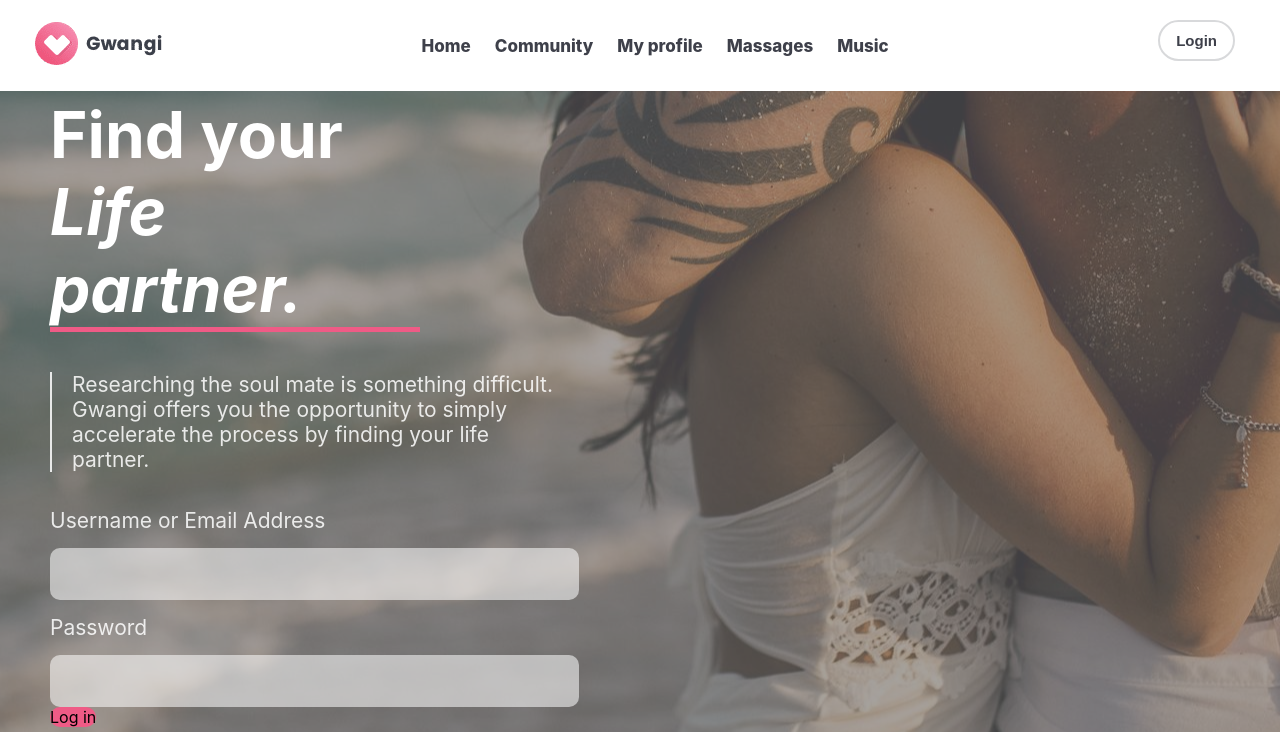
Repository: ShokunLiubov/Soc-Network-React
Page: /login
An editor plug-in stored every save of this project. The page is shown before and after the next save, followed by the edit.
The browser window is 1280 px wide. The pictures show the whole page.
The project was rebuilt for these pictures with package versions that can differ from the ones it lists, and the page was loaded fresh each time. Also part of the build but not shown: src/components/common/Paginator/Paginator.module.css, src/components/common/Paginator/Paginator.jsx, src/components/Community/Community.module.css, src/components/Community/Friend/Friend.jsx, src/components/Community/Community.jsx, src/components/common/Preloader/Preloader.jsx, src/components/Community/CommunityContainer.jsx, src/components/Dialogs/Dialogs.module.css and 14 more.

Above is the page before, as saved 2022-08-24 18:13:14.

After the next save:
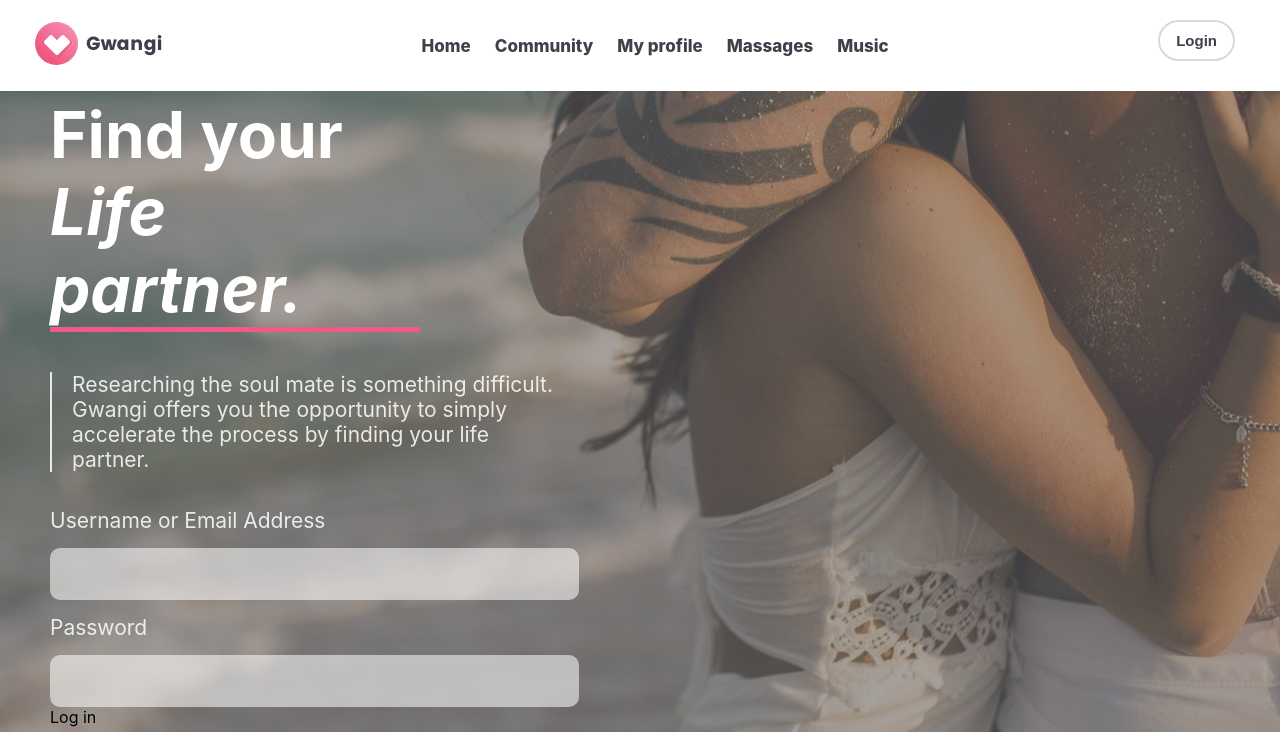
Saved 21 s later.
--- a/src/components/Auth/Registration/Registration.jsx
+++ b/src/components/Auth/Registration/Registration.jsx
@@ -17,7 +17,8 @@ const Registration = () => {
                         <label>Password</label>
                         <input type="password"/>
                     </div>
-                    <span className={styles.button}>Log in</span>
+                    <div className={styles.button}></div>
+                    <span>Log in</span>
                 </form>
             </div>
 
